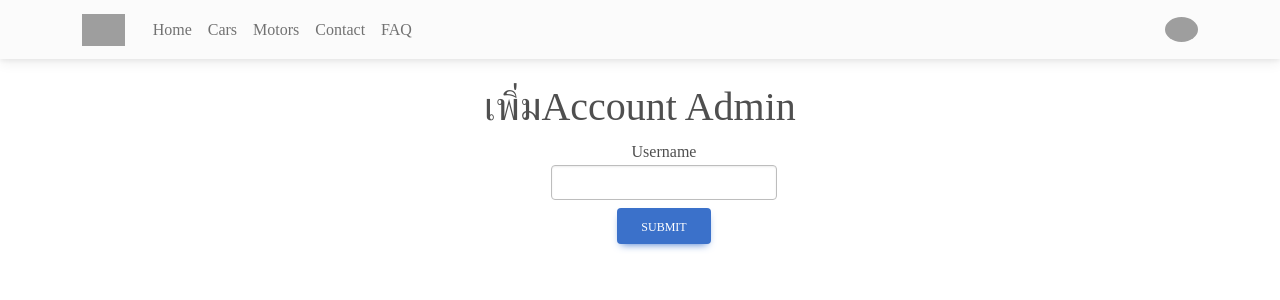
Repository: armychawakorn/Rent4U-Java
Page: http://localhost/miniproject/Admin/addusers.jsp
The author's editor kept a copy of each file at every save. The page is drawn from the files as they stood at one save, then again after a run of saves.
The browser window is 1280 px wide. The pictures show the whole page.
Pictures or frames that could not be fetched are drawn as grey boxes. Some web fonts or font styles are not loaded; a fallback is used. Some web libraries are served in a nearby version. The page is served by Tomcat 9. Other server files are loaded and not shown.

Above is the page before, as saved 2023-10-28 19:49:26.

### miniproject/src/main/webapp/Admin/addusers.jsp
<%@page import="pkrent4u.schema.Users"%>
<%@page import="pkrent4u.dao.UsersDAO"%>
<%@page import="pkrent4u.schema.Rental"%>
<%@page import="pkrent4u.dao.RentalDAO"%>
<%@page import="pkrent4u.schema.Car"%>
<%@page import="pkrent4u.dao.CarDAO"%>
<%@ page language="java" contentType="text/html; charset=utf-8"
	pageEncoding="utf-8"%>
<%@ page import="java.util.ArrayList, pkrent4u.*"%>
<!DOCTYPE html>
<html>
<head>
<meta charset="utf-8">
<title>Add User</title>
<link rel="icon" type="image/x-icon"
	href="https://cdn.discordapp.com/attachments/965375341071847434/1160730098618601482/image.png?ex=6535b924&is=65234424&hm=02edc80e5cc1c9b7937bdbc00efe262fb24180a3850827d298d32e71ee6a8d8b&">
<link rel="stylesheet" href="../css/Animetion.css">
<link rel="stylesheet" href="../css/global.css">
<link rel="stylesheet" href="../css/Bootstrap.css">
</head>
<body>
	<%@ include file="../components/Nav.jsp"%>
	<div class="container dashboard-fade">
		<div class="pt-4 text-center">
			<h1>เพิ่มAccount Admin</h1>
		</div>
		<div class="d-flex justify-content-center text-center">
			<form action="../Backend/AddUser.jsp" method="POST" class="ps-5">
				<div class="form-group">
					<label for="Customer">Username</label> <input type="text"
						id="username" name="username" class="form-control">
				</div>
				<div class="pt-2">
					<button type="submit" class="btn btn-primary">Submit</button>
				</div>
			</form>
		</div>
	</div>
</body>
<script type="text/javascript"
	src="https://cdnjs.cloudflare.com/ajax/libs/mdb-ui-kit/6.4.2/mdb.min.js"></script>
</html>

### miniproject/src/main/webapp/components/Nav.jsp
<%@ page language="java" contentType="text/html; charset=utf-8"
	pageEncoding="utf-8"%>
<nav class="navbar navbar-expand-lg navbar-light bg-light">
	<div class="container">
		<button class="navbar-toggler" type="button"
			data-mdb-toggle="collapse" data-mdb-target="#navbarSupportedContent"
			aria-controls="navbarSupportedContent" aria-expanded="false"
			aria-label="Toggle navigation">
			<i class="fas fa-bars"></i>
		</button>
		<div class="collapse navbar-collapse" id="navbarSupportedContent">
			<a class="navbar-brand mt-2 mt-lg-0" href="/"> <img
				src="https://cdn.discordapp.com/attachments/965375341071847434/1160730098618601482/image.png"
				height="32" alt="Rent4U" loading="lazy" />
			</a>
			<ul class="navbar-nav me-auto mb-2 mb-lg-0">
				<li class="nav-item"><a class="nav-link" href="/miniproject/">Home</a></li>
				<li class="nav-item"><a class="nav-link" href="/miniproject/cars.jsp">Cars</a>
				</li>
				<li class="nav-item"><a class="nav-link" href="/miniproject/motors.jsp">Motors</a>
				</li>
				<li class="nav-item"><a class="nav-link" href="/miniproject/contact.jsp">Contact</a>
				</li>
				<li class="nav-item"><a class="nav-link" href="/miniproject/faq.jsp">FAQ</a>
				</li>
			</ul>
		</div>
		<div class="dropdown">
			<a class="dropdown-toggle d-flex align-items-center hidden-arrow"
				href="#" id="navbarDropdownMenuAvatar" role="button"
				data-mdb-toggle="dropdown" aria-expanded="false"> <img
				src="https://cdn-icons-png.flaticon.com/512/9703/9703596.png"
				class="rounded-circle" height="25"
				alt="Black and White Portrait of a Man" loading="lazy" />
			</a>
			<ul class="dropdown-menu dropdown-menu-end"
				aria-labelledby="navbarDropdownMenuAvatar">
				<%
				HttpSession ses = request.getSession();
				String username = (String) ses.getAttribute("username");
				%>
				<%
				if (username != null) {
				%>
				<li><a class="dropdown-item" href="/miniproject/Admin/dashboard.jsp">Rental Dashboard</a></li>
				<li><a class="dropdown-item" href="/miniproject/Admin/users.jsp">Add users</a></li>
				<li><a class="dropdown-item" href="/miniproject/Backend/logout.php">Logout</a></li>
				<%
				} else {
				%>
				<li><a class="dropdown-item" href="/miniproject/loginpage.jsp">Login</a></li>
				<%
				}
				%>
			</ul>
		</div>
	</div>
	</div>
</nav>

### miniproject/src/main/webapp/css/Animetion.css
.dashboard-fade {
    animation: dashboard-fade 1s ease-in-out;
    animation-fill-mode: forwards;
}
.col.mb-4{
    transform-origin: center top;
    transition-property: transform;
    transition-duration: 0.5s;
    transition-delay: 0s, 1s;
    transition-timing-function: ease-out;
}

.col.mb-4:hover{
    z-index: 1;
    transform: scale(1.1, 1.1);
}

@keyframes dashboard-fade {
    0% {
        transform-origin: top center;
        opacity: 0;
        scale: 0.9;
    }
    100% {
        transform-origin: top center;
        opacity: 1;
        scale: 1;
    }
}

@keyframes dashboard-fadeout{
    0% {
        transform-origin: top center;
        opacity: 1;
        scale: 1;
    }
    100% {
        transform-origin: top center;
        opacity: 0;
        scale: 0.9;
    }
}

### miniproject/src/main/webapp/css/global.css
@import url('https://fonts.googleapis.com/css2?family=Itim&display=swap');

*{
    font-family: 'Itim', cursive;
}

### miniproject/src/main/webapp/css/Bootstrap.css
@import "https://cdnjs.cloudflare.com/ajax/libs/font-awesome/6.0.0/css/all.min.css";
@import "https://fonts.googleapis.com/css?family=Roboto:300,400,500,700&display=swap";
@import "https://cdnjs.cloudflare.com/ajax/libs/mdb-ui-kit/6.4.2/mdb.min.css";

After the next 2 saves:
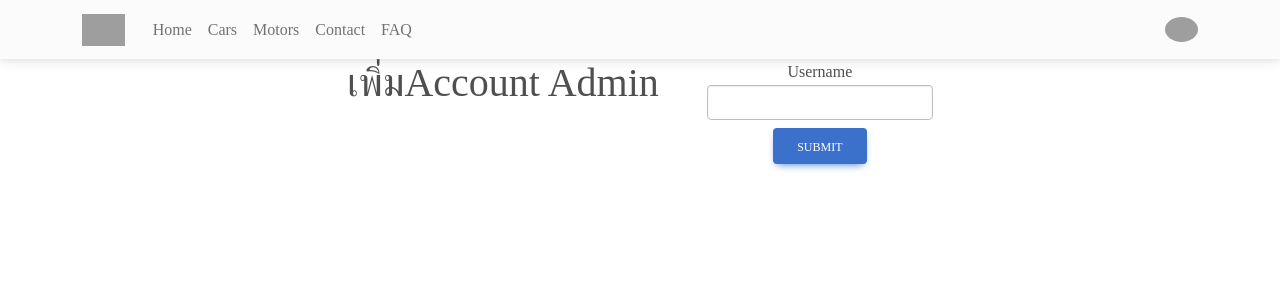
The 2 saves are shown as one change because they came seconds apart.
The last was saved 12 s later.
--- a/miniproject/src/main/webapp/Admin/addusers.jsp
+++ b/miniproject/src/main/webapp/Admin/addusers.jsp
@@ -21,10 +21,8 @@
 <body>
 	<%@ include file="../components/Nav.jsp"%>
 	<div class="container dashboard-fade">
-		<div class="pt-4 text-center">
+		<div class="d-flex justify-content-center text-center">
 			<h1>เพิ่มAccount Admin</h1>
-		</div>
-		<div class="d-flex justify-content-center text-center">
 			<form action="../Backend/AddUser.jsp" method="POST" class="ps-5">
 				<div class="form-group">
 					<label for="Customer">Username</label> <input type="text"

After the 2 saves that followed:
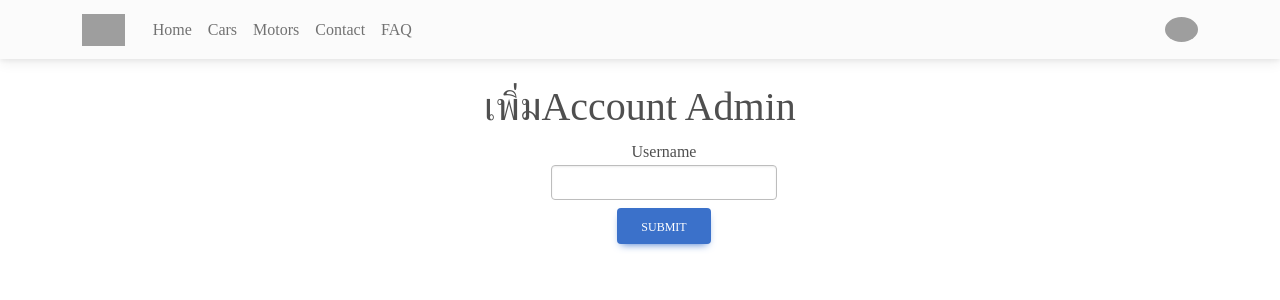
The 2 saves are shown as one change because they came seconds apart.
The last was saved 6 s later.
--- a/miniproject/src/main/webapp/Admin/addusers.jsp
+++ b/miniproject/src/main/webapp/Admin/addusers.jsp
@@ -21,8 +21,10 @@
 <body>
 	<%@ include file="../components/Nav.jsp"%>
 	<div class="container dashboard-fade">
+		<div class="pt-4 text-center">
+			<h1>เพิ่มAccount Admin</h1>
+		</div>
 		<div class="d-flex justify-content-center text-center">
-			<h1>เพิ่มAccount Admin</h1>
 			<form action="../Backend/AddUser.jsp" method="POST" class="ps-5">
 				<div class="form-group">
 					<label for="Customer">Username</label> <input type="text"
